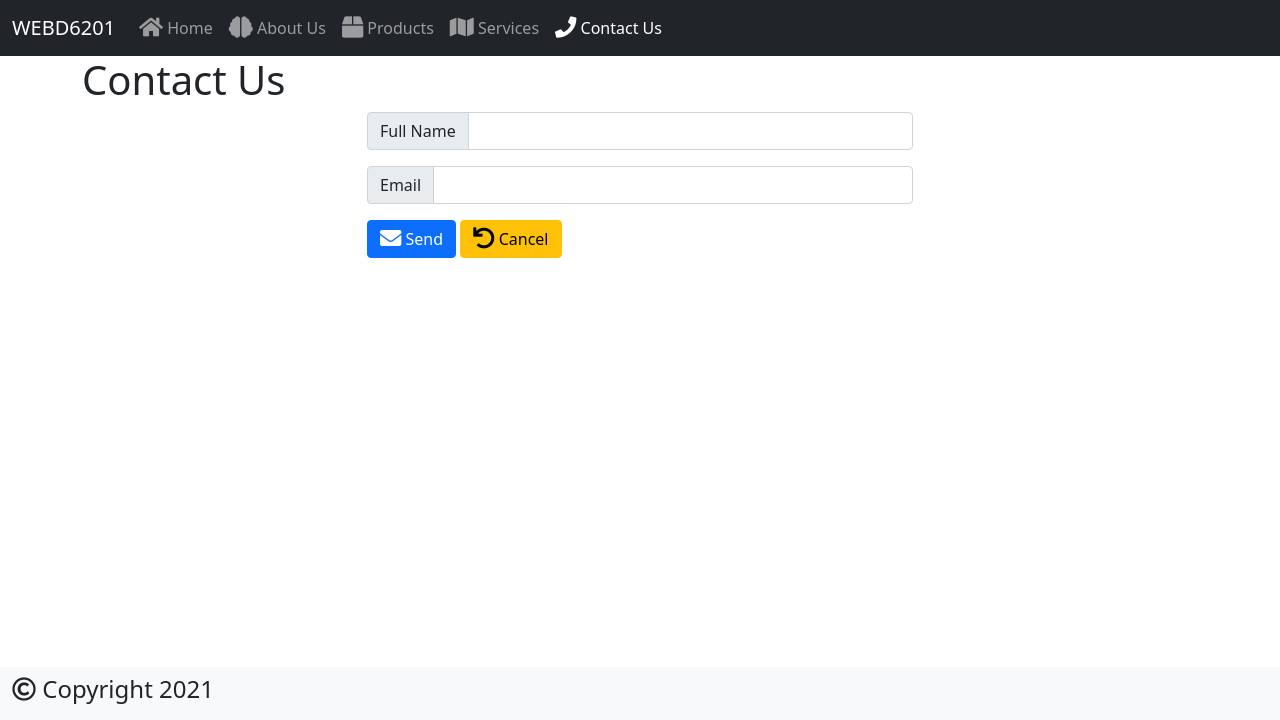
Repository: AshokSasi/WEBD6201-Week3
Page: contact.html
An editor plug-in stored every save of this project. The page is shown before and after the next save, followed by the edit.
The browser window is 1280 px wide. The pictures show the whole page.

Above is the page before, as saved 2021-01-21 10:38:21.

### contact.html
<!DOCTYPE html>
<html lang="en">
<head>
    <meta charset="UTF-8">
    <meta name="viewport" content="width=device-width, initial-scale=1.0">
    <title>Contact Us</title>
    <!-- CSS Section-->
    <link rel="stylesheet" href="./Content/app.css">
    <link rel="stylesheet" href="./node_modules/bootstrap/dist/css/bootstrap.min.css">
    <link rel="stylesheet" href="./node_modules/@fortawesome/fontawesome-free/css/all.min.css">
</head>
<body>
  <!-- Main Header -->
    <header>
      <!--main navbar-->
        <nav class="navbar navbar-expand-lg navbar-dark bg-dark">
            <div class="container-fluid">
              <a class="navbar-brand" href="index.html">WEBD6201</a>
              <button class="navbar-toggler" type="button" data-bs-toggle="collapse" data-bs-target="#navbarSupportedContent" aria-controls="navbarSupportedContent" aria-expanded="false" aria-label="Toggle navigation">
                <span class="navbar-toggler-icon"></span>
              </button>
              <div class="collapse navbar-collapse" id="navbarSupportedContent">
                <ul class="navbar-nav me-auto mb-2 mb-lg-0">
                  <li class="nav-item">
                    <a class="nav-link" aria-current="page" href="index.html"><i class="fas fa-home fa-lg"></i> Home</a>
                  </li>
                  <li class="nav-item">
                    <a class="nav-link" aria-current="page" href="about.html"><i class="fas fa-brain fa-lg"></i> About Us</a>
                  </li>
                  <li class="nav-item">
                    <a class="nav-link" aria-current="page" href="products.html"><i class="fas fa-box fa-lg"></i> Products</a>
                  </li>
                  <li class="nav-item">
                    <a class="nav-link" aria-current="page" href="services.html"><i class="fas fa-map fa-lg"></i> Services</a>
                  </li>
                  <li class="nav-item">
                    <a class="nav-link active" aria-current="page" href="contact.html"><i class="fas fa-phone fa-lg"></i> Contact Us</a>
                  </li>
                </ul>

              </div>
            </div>
          </nav>
    </header>

    <!-- Main Content-->
    <main class="container">
        <h1>Contact Us</h1>

        <!--Contact us form-->
        <div class="row justify-content-md-center">
          <form class="col-lg-6 col-md-10 col-sm-10">

            <div class="input-group mb-3">
              <span class="input-group-text" id="inputGroup-sizing-default">Full Name</span>
              <input id= "fullName" type="text" class="form-control" aria-label="Full Name" aria-describedby="Full Name Input"
              name="fullName" required>
            </div>

            <div class="input-group mb-3">
              <span class="input-group-text" id="inputGroup-sizing-default">Email</span>
              <input id= "emailAddress" type="email" class="form-control" aria-label="Email Address" aria-describedby="Email Address Input"
              name="emailAddress" required>
            </div>

            <button type="submit" class="btn btn-primary"><i class="fas fa-envelope fa-lg"></i> Send</button>
            <button type="reset" class="btn btn-warning"><i class="fas fa-undo fa-lg"></i> Cancel</button>
          </form>

        </div>

    </main>

    <!--Main Footer Nav -->
    <footer>
        <nav class="navbar fixed-bottom navbar-light bg-light">
            <div class="container-fluid">
              <h4><i class="far fa-copyright"></i> Copyright 2021</h4>
            </div>
          </nav>
    </footer>

    <!--Javascript section-->
    <script src="./Scripts/app.js"></script>
    <script src="./node_modules/jquery/dist/jquery.min.js"></script>
    <script src="./node_modules/bootstrap/dist/js/bootstrap.bundle.min.js"></script>
</body>
</html>

### Scripts/app.js

//IIFE Immediately Function Expression
//AKA - Anonymous Self- Executing Function
//Closure - Limits scop leak

"use strict";

(function()
{
    function displayHome()
    {
        let paragraphOneText = "This is a simple site to demonstrate DOM manipulation for ICE 1";

        let paragraphOneElement = document.getElementById("paragraphOne");

        paragraphOneElement.textContent= paragraphOneText;
        paragraphOneElement.className="fs-5";

        // Step 1: document.createElement
        let newParagraph  = document.createElement("p");
        // Step 2: Configure the element
        newParagraph.setAttribute("id","paragraphTwo");
        newParagraph.textContent = "... And this is paragraph two";
        // Step 3: Select the parent element
        let mainContent = document.getElementsByTagName("main")[0];
        // Step4: Add/Insert the element
        mainContent.appendChild(newParagraph);

        newParagraph.className = "fs-6";

        //another way of injecting content
       let paragraphDiv = document.createElement("div");
       let paragraphThree= `<p id="paragraphThree" class="fs-7 fw-bold">And this is the third paragraph</p>`;
        paragraphDiv.innerHTML = paragraphThree;

        //example of inserting before a node.
      //  newParagraph.before(paragraphDiv)

      //example of inserting after a node.
      newParagraph.after(paragraphDiv);

      //delete elements
      //paragraphOneElement.remove();

      //example of remove child
      mainContent.removeChild(paragraphOneElement);

      //update / modification
     // mainContent.firstElementChild.textContent = "Welcome Home";

     mainContent.innerHTML =
     `<h1 id="firstHeading">Welcome to WEBD6201 - ICE 1</h1>
     <p id="paragraphOne" class="fs-3 fw-bold">This is my first paragraph</p>
     `

    }

    function displayAbout()
    {

    }

    function displayProducts()
    {

    }

    function displayServices()
    {

    }

    function displayContact()
    {

    }

    function Start()
    {
        console.log("App started ...");
        console.log(document.title);
        switch (document.title)
        {
          case "Home":
              displayHome();
            break;
          case "About":
              displayAbout();
            break;
          case "Products":
              displayProducts();
            break;
          case "Services":
              displayServices();
            break;
          case "Contact Us":
              displayContact();
            break;
        }


    }
    window.addEventListener("load", Start);
})();

Loaded but not shown: node_modules/bootstrap/dist/css/bootstrap.min.css (library); node_modules/@fortawesome/fontawesome-free/css/all.min.css (library); node_modules/jquery/dist/jquery.min.js (library); node_modules/bootstrap/dist/js/bootstrap.bundle.min.js (library); Content/app.css (no stored copy; drawn as an empty file)

After the next save:
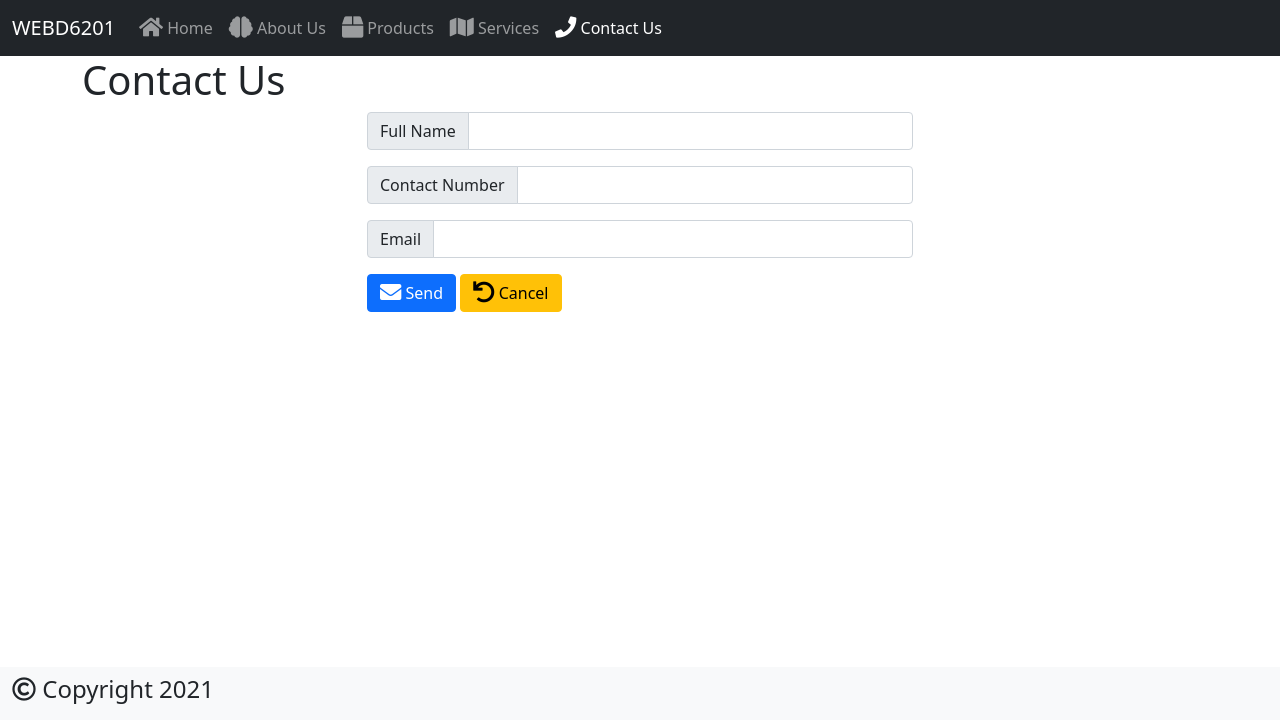
Saved 43 s later.
--- a/contact.html
+++ b/contact.html
@@ -57,6 +57,13 @@
               name="fullName" required>
             </div>
 
+
+            <div class="input-group mb-3">
+              <span class="input-group-text" id="inputGroup-sizing-default">Contact Number</span>
+              <input id= "contactNumber" type="email" class="form-control" aria-label="Contact Number" aria-describedby="Contact Number Input"
+              name="contactNumber" required>
+            </div>
+
             <div class="input-group mb-3">
               <span class="input-group-text" id="inputGroup-sizing-default">Email</span>
               <input id= "emailAddress" type="email" class="form-control" aria-label="Email Address" aria-describedby="Email Address Input"
